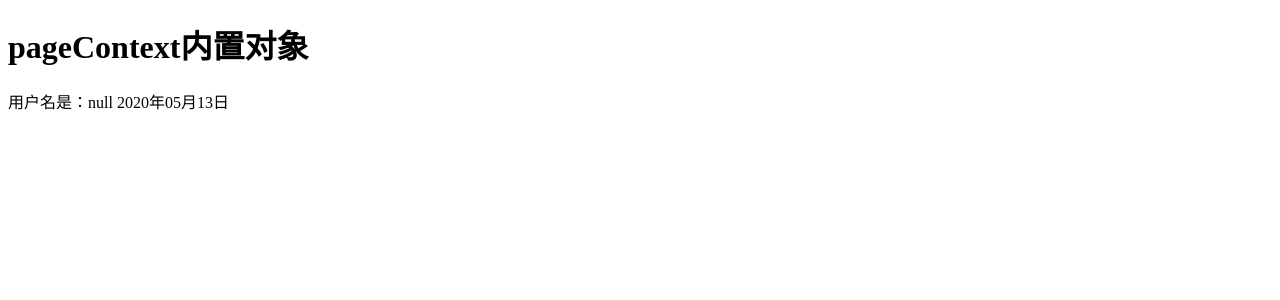
Repository: chengshide/Servlet
Page: http://localhost/JspBaseElementDemo/pageContext.jsp
The author's editor kept a copy of each file at every save. The page is drawn from the files as they stood at one save, then again after the next save.
The browser window is 1280 px wide. The pictures show the whole page.
The page is served by Tomcat 9.

Above is the page before, as saved 2020-05-13 19:48:59.

### eclipseworlk/JspBaseElementDemo/WebContent/pageContext.jsp
<%@ page language="java" contentType="text/html; charset=utf-8"
    pageEncoding="utf-8"%>
<!DOCTYPE html>
<html>
<head>
<meta charset="utf-8">
<title>Insert title here</title>
</head>
<body>
   <h1>pageContext内置对象</h1>
       用户名是：<%=pageContext.getSession().getAttribute("username") %>
   <%
     //跳转到注册页面
     //pageContext.forward("reg.jsp");
     pageContext.include("include.jsp");
   %>
</body>
</html>

### eclipseworlk/JspBaseElementDemo/WebContent/include.jsp
<%@ page language="java" import="java.util.*,java.text.*" contentType="text/html; charset=utf-8"
    pageEncoding="utf-8"%>
    <%
      String path=request.getContextPath();
      String basePath=request.getScheme()+"://"+request.getServerName()+":"+request.getServerPort()+"/";
      Date date=new Date();
      SimpleDateFormat sdf=new SimpleDateFormat("yyyy年MM月dd日");
      String s=sdf.format(date);
      out.println(s+"<br>");
    %>

After the next save:
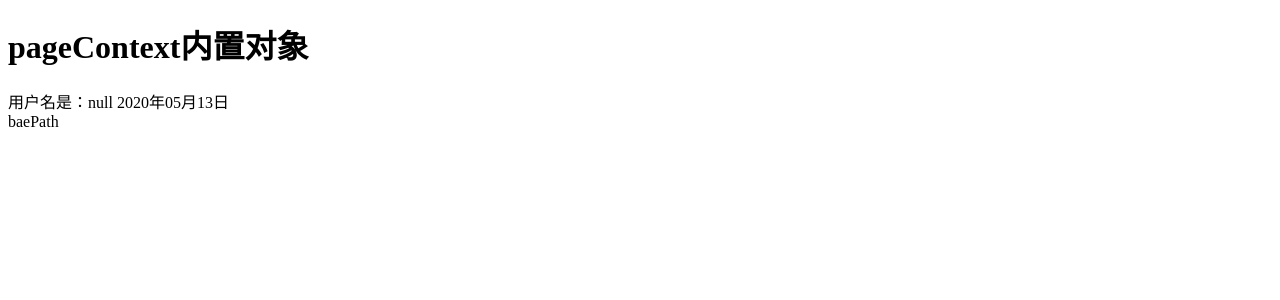
Saved 8 min 49 s later.
--- a/eclipseworlk/JspBaseElementDemo/WebContent/include.jsp
+++ b/eclipseworlk/JspBaseElementDemo/WebContent/include.jsp
@@ -7,4 +7,5 @@
       SimpleDateFormat sdf=new SimpleDateFormat("yyyy年MM月dd日");
       String s=sdf.format(date);
       out.println(s+"<br>");
+      out.println("baePath");
     %>
